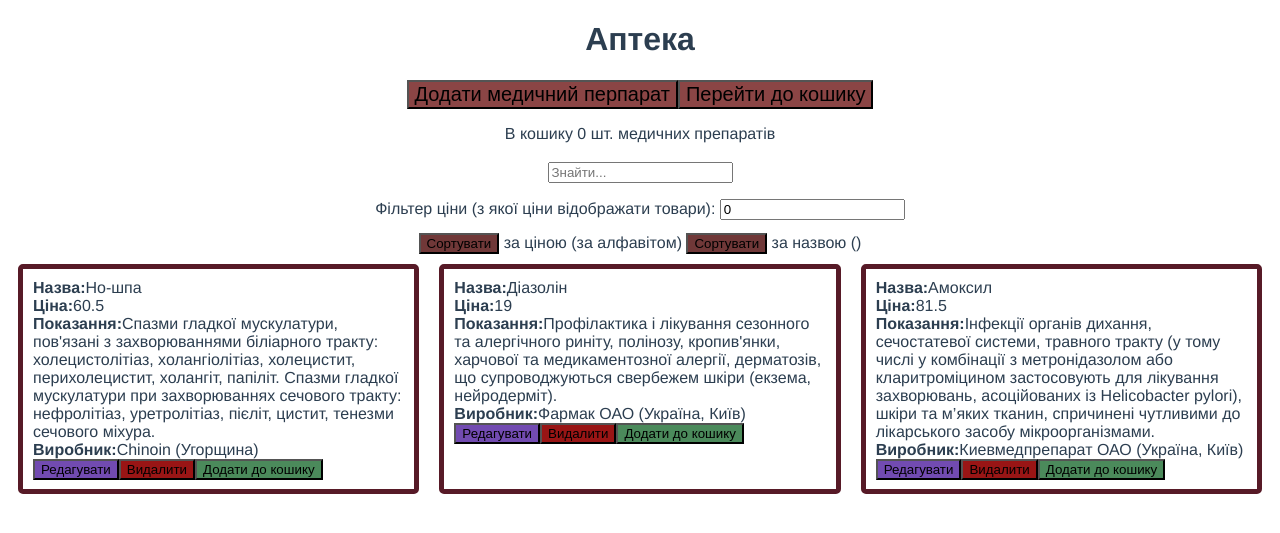
Repository: kristinap8/pharmacy
Page: /
The author's editor kept a copy of each file at every save. The page is drawn from the files as they stood at one save, then again after a run of saves.
The browser window is 1280 px wide. The pictures show the whole page.
The project was rebuilt for these pictures with package versions that can differ from the ones it lists, and the page was loaded fresh each time. Also part of the build but not shown: src/components/AddMedicineForm/index.vue, src/pages/AddMedicine/index.vue, src/components/EditMedicineForm/index.vue, src/pages/EditMedicine/index.vue, src/components/CartForm/index.vue, src/pages/Cart/index.vue.

Above is the page before, as saved 2020-12-10 14:50:26.

### src/main.js
import Vue from 'vue'
import App from './App.vue'
import router from "./router"
import store from "./store"

Vue.config.productionTip = false

new Vue({
  store,
  router,
  render: h => h(App),
}).$mount('#app')

### src/App.vue
<template>
  <div id="app">
    <router-view/>
  </div>
</template>

<script>
export default {
  name: "App",
  components: {},
};
</script>

<style>
#app {
  font-family: Avenir, Helvetica, Arial, sans-serif;
  -webkit-font-smoothing: antialiased;
  -moz-osx-font-smoothing: grayscale;
  color: #2c3e50;
}
</style>

### src/router.js
import Vue from "vue";
import VueRouter from "vue-router";
import AddMedicine from "@/pages/AddMedicine";
import EditMedicine from "@/pages/EditMedicine";
import AllMedicines from "@/pages/AllMedicines";
import Cart from "@/pages/Cart";

Vue.use(VueRouter);

const routes=[
    {
        path:'/',
        name:'all-medicines',
        component:AllMedicines
    },
    {
        path:'/edit_medicine/:medicine_id',
        name:'edit-medicine',
        component:EditMedicine
    },
    {
        path:'/add_medicine',
        name:'add-medicine',
        component:AddMedicine
    },
    {
        path:'/cart',
        name:'cart',
        component:Cart
    },

]

const router=new VueRouter({
    mode:"history",
    routes
});

export default router;

### src/store/index.js
import Vue from "vue";
import Vuex from "vuex";
import { v4 as uuid_v4 } from 'uuid'

Vue.use(Vuex)
const store=new Vuex.Store({
    state:{
      medicinesList:[
          {
              id:1,
              name:'Но-шпа',
              price:60.5,
              requirements:"Спазми гладкої мускулатури, пов'язані з захворюваннями біліарного тракту: холецистолітіаз, холангіолітіаз, холецистит, перихолецистит, холангіт, папіліт. Спазми гладкої мускулатури при захворюваннях сечового тракту: нефролітіаз, уретролітіаз, пієліт, цистит, тенезми сечового міхура.",
              maker:"Chinoin (Угорщина)"

          },
          {
            id:2,
            name:"Діазолін",
            price:19,
            requirements:"Профілактика і лікування сезонного та алергічного риніту, полінозу, кропив'янки, харчової та медикаментозної алергії, дерматозів, що супроводжуються свербежем шкіри (екзема, нейродерміт).",
            maker:"Фармак ОАО (Україна, Київ)"

        },
        {
            id:3,
            name:"Амоксил",
            price:81.5,
            requirements:"Інфекції органів дихання, сечостатевої системи, травного тракту (у тому числі у комбінації з метронідазолом або кларитроміцином застосовують для лікування захворювань, асоційованих із Helicobacter pylori), шкіри та м’яких тканин, спричинені чутливими до лікарського засобу мікроорганізмами.",
            maker:"Киевмедпрепарат ОАО (Україна, Київ)"

        }
      ],
      cart:[],
      cartItemsCount:0
    },
    mutations:{
        addMedicine(state, data) {
            state.medicinesList.push({
             id: uuid_v4(),
             ...data,
           })
         },
         deleteMedicine(state,id){
             let medicines=state.medicinesList.filter(medicine=>medicine.id!=id)
             state.medicinesList=medicines;
         },
         editMedicine(state,medicine){
             state.medicinesList.forEach(m=>{
                 if(m.id==medicine.id){
                     m=medicine;
                 }
             } )
         },
         addToCart(state,medicine){
            let isMedicineExists=state.cart.find(m => m.id == medicine.id);

            if (isMedicineExists) {
                isMedicineExists.quantity ++;
                isMedicineExists.totalPrice = (isMedicineExists.quantity * isMedicineExists.price).toFixed(2);
            } else {
                state.cart.push(medicine);

                Vue.set(medicine, 'quantity', 1);
                Vue.set(medicine, 'totalPrice', medicine.price);
            }
             state.cartItemsCount++
         },
         deleteItemFromCart(state,medicine){
            let index = state.cart.indexOf(medicine);
            if (index > -1) {
                let item= state.cart[index];
                if(item.quantity>1)
                {
                    state.cartItemsCount--;
                    item.quantity--;
                    item.totalPrice-=item.price;
                }
                else{
                    state.cartItemsCount -= item.quantity;
                    state.cart.splice(index, 1);
                }

            }
         }
    },
    actions:{
        addMedicine({ commit }, medicine) {
            commit('addMedicine', medicine)
         },
          deleteMedicine({commit},id){
              commit('deleteMedicine',id)
          },
          editMedicine({commit},medicine){
              commit('editMedicine',medicine)
          },
          addToCart({commit},medicine){
              commit('addToCart',medicine)
          },
          deleteItemFromCart({commit},medicine){
              commit("deleteItemFromCart",medicine)
          }

    },
    getters:{
        getMedicines:(state)=> state.medicinesList,
        getMedicineById:(state)=>(id)=>{return state.medicinesList.find(m=>m.id===id)},
        getMedicinesInCart:(state)=>state.cart,
     },
    modules:{

    }
})

export default store

### src/pages/AllMedicines/index.vue
<template>
    <div>
        <h1 class="header">Аптека</h1>
        <div class='btns'>
        <router-link to="/add_medicine" tag="button" class='add-btn'>Додати медичний перпарат</router-link>
        <router-link to="/cart" tag="button" class='cart-btn'>Перейти до кошику</router-link>
        </div>
        <p class="cart-count">В кошику {{this.$store.state.cartItemsCount}} шт. медичних препаратів</p>
     <medicines-list/>
    </div>
</template>

<script>

import MedicinesList from "../../components/MedicinesList"
    export default {
        name:"AllMedicine",
        components: {
            MedicinesList,
        },

    }
</script>

<style lang="scss" scoped>
 .header{
      text-align: center;
  }
  .cart-count{
   text-align: center;
  }
  .btns{
      text-align: center;
  }
  .add-btn{
      background:rgb(139, 69, 69);
      font-size:20px;
  }
  .cart-btn{
      background:rgb(139, 69, 69);
      font-size:20px;
  }
</style>

### src/components/MedicinesList/index.vue
<template>
    <div>
        <div class="search-filter">
          <input type="text" placeholder="Знайти..." v-model="search"/><br/>
        </div>
        <div class="price-filter">
          <label>
          Фільтер ціни (з якої ціни відображати товари):
          <input type="number" v-model="price"/>
          </label>
        </div>
        <div class="sort">
              <button id="s" @click="sortByPrice">Сортувати</button>
                за ціною ({{sortP}})
              <button id="s" @click="sortByName">Сортувати</button>
                за назвою ({{sortN}})
        </div>
    <div class="list-container">
    <medicine-card
    v-for="medicine in filteredMedicines"
    :key="medicine.id"
    :id="medicine.id"
    :name="medicine.name || undefined"
    :price="medicine.price|| undefined"
    :requirements="medicine.requirements|| undefined"
    :maker="medicine.maker|| undefined"
    />
     </div>
    </div>
</template>

<script>
import { mapGetters } from 'vuex'
import MedicineCard from "./MedicineCard"
    export default {
        name:"MedicinesList",
        data() {
            return {
                search:"",
                price:0,
                sortByPriceDir:true,
                sortP:'за зростанням',
                sortByNameDir:true,
                sortP:'за алфавітом',
              }
        },
        components: {
        MedicineCard,
        },
        computed: {
            ...mapGetters(['getMedicines']),
            filteredMedicines(){
                var filtered=this.getMedicines
                .filter((m) => {
                    return (
                        m.name.toLowerCase().includes(this.search.toLowerCase()) ||
                        m.requirements.toLowerCase().includes(this.search.toLowerCase()) ||
                        m.maker.toLowerCase().includes(this.search.toLowerCase()) ||
                        m.price==Number(this.search)
                     );
                   })
                .filter((m) => {
                    return (
                        m.price>=this.price
                     );
                   });
                    return filtered
                 }
                },
           methods: {
               sortByPrice() {
                   this.sortByPriceDir = !this.sortByPriceDir
                   if(this.sortByPriceDir)
                   this.sortP = 'за зростанням'
                   else
                   this.sortP = 'за спаданням'
               },
               sortByName(){
                  this.sortByNameDir = !this.sortByNameDir
                  if(this.sortByNameDir)
                  this.sortN = 'за алфавітом'
                  else
                  this.sortN = 'в порядку обрененого до алфавітоного'
               }
           },
    }
</script>

<style lang="scss" scoped>
  .list-container{
      display: flex;
  }
  .search-filter{
      text-align: center;
      margin:10px;
      padding: 3px;
  }
  .price-filter{
      text-align: center;
      margin:10px;
      padding: 3px;
  }
  .sort{
      text-align: center;
  }
  #s{
      background:rgb(112, 56, 56);
  }
</style>

### src/components/MedicinesList/MedicineCard/index.vue
<template>
    <div class="card-container">
    <div><b>Назва:</b>{{name}}</div>
    <div><b>Ціна:</b>{{price}}</div>
    <div><b>Показання:</b>{{requirements}}</div>
    <div><b>Виробник:</b>{{maker}}</div>
    <button @click="onEditMedicine" class="edit-btn">Редагувати</button>
    <button @click="onDeleteMedicine(id)" class="delete-btn">Видалити</button>
    <button @click="onAddToCart({id,name,price,requirements,maker})" class="add-btn">Додати до кошику</button>
    </div>
</template>

<script>
import { mapActions } from 'vuex'
  export default {
        name:"MedicineCard",
        props: {
            id: {
                type: [String,Number],
                required:true,
            },
            name: {
                type: String,
                default:"Назва препарату не вказана"
            },
            price:{
                type:[String,Number],
                default:0
            },
            requirements:{
                type:String,
                default:"Показань до застосування не вказано"
            },
            maker:{
                type:String,
                default:"Виробника не вказано"
            }

        },
        methods: {
            onDeleteMedicine(id) {
                this.$store.dispatch("deleteMedicine",id)
             },
            onEditMedicine(){
                this.$router.push({
                    name:'edit-medicine',
                    params:{medicine_id:this.id}
                })
            },
            ...mapActions(['addToCart']),
            onAddToCart(item){
                this.$store.dispatch('addToCart',item)
            }
        },
    }
</script>

<style lang="scss" scoped>
.card-container{
  width: 400px;
  height: 200px;
  border: 5px solid rgb(87, 26, 39);
  border-radius: 5px;
  padding: 10px;
  margin: 10px;
  text-align: left;
}
.add-btn{
    background:rgb(75, 138, 91)
}
.edit-btn{
    background:rgb(114, 75, 177)
}
.delete-btn{
    background:rgb(153, 21, 21)
}
</style>

Loaded but not shown: public/index.html (common file)

After the next 2 saves:
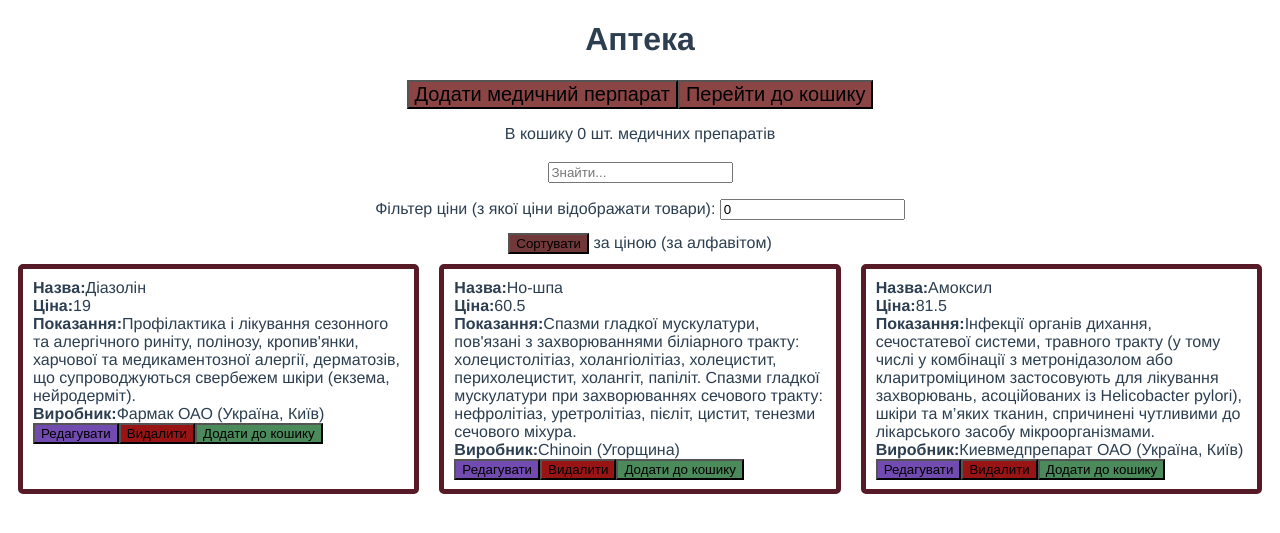
The 2 saves are shown as one change because 1 did not build or start.
The last was saved 2 min 44 s later.
--- a/src/components/MedicinesList/index.vue
+++ b/src/components/MedicinesList/index.vue
@@ -12,8 +12,6 @@
         <div class="sort">
               <button id="s" @click="sortByPrice">Сортувати</button>
                 за ціною ({{sortP}})
-              <button id="s" @click="sortByName">Сортувати</button>
-                за назвою ({{sortN}})
         </div>
     <div class="list-container">
     <medicine-card
@@ -64,7 +62,9 @@ import MedicineCard from "./MedicineCard"
                         m.price>=this.price
                      );
                    });
-                    return filtered
+                   var sorted=filtered.sort(function(a,b){
+                       	return a.price - b.price})
+                    return sorted
                  }
                 },
            methods: {
